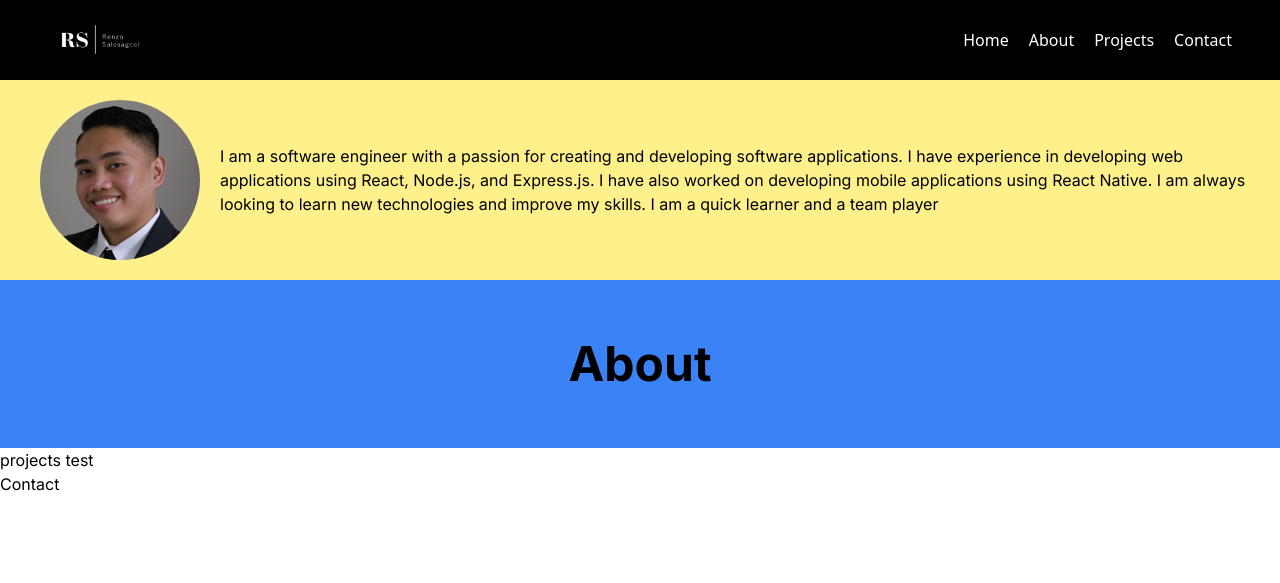
Repository: Renzo-Salosagcol/Portfolio-Website
Page: / (app in resume_website/)
These files come from the project's save history. The page is drawn as it stood at one moment and after the next save; the edit follows.
The browser window is 1280 px wide. The pictures show the whole page.
The project was rebuilt for these pictures with package versions that can differ from the ones it lists, and the page was loaded fresh each time. Also part of the build but not shown: resume_website/vite.config.js.

Above is the page before, as saved 2024-12-10 15:22:45.

After the next save:
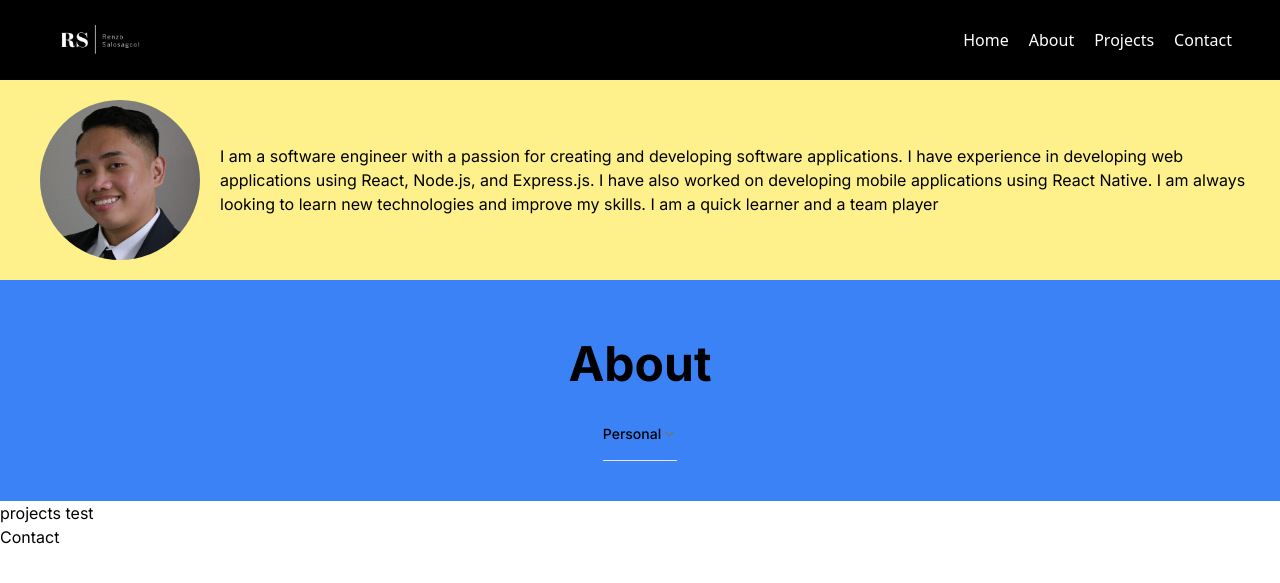
Saved 74 s later.
--- a/resume_website/src/components/about.jsx
+++ b/resume_website/src/components/about.jsx
@@ -10,7 +10,14 @@ const About = () => {
   return (
     <div className="flex flex-col items-center justify-center bg-blue-500 p-10">
       <h1 className="text-5xl font-bold p-5">About</h1>
-
+      <Accordion type="single" collapsible>
+        <AccordionItem value="item-1">
+          <AccordionTrigger>Personal</AccordionTrigger>
+          <AccordionContent>
+            Personal Text
+          </AccordionContent>
+        </AccordionItem>
+      </Accordion>
     </div>
   );
 }
